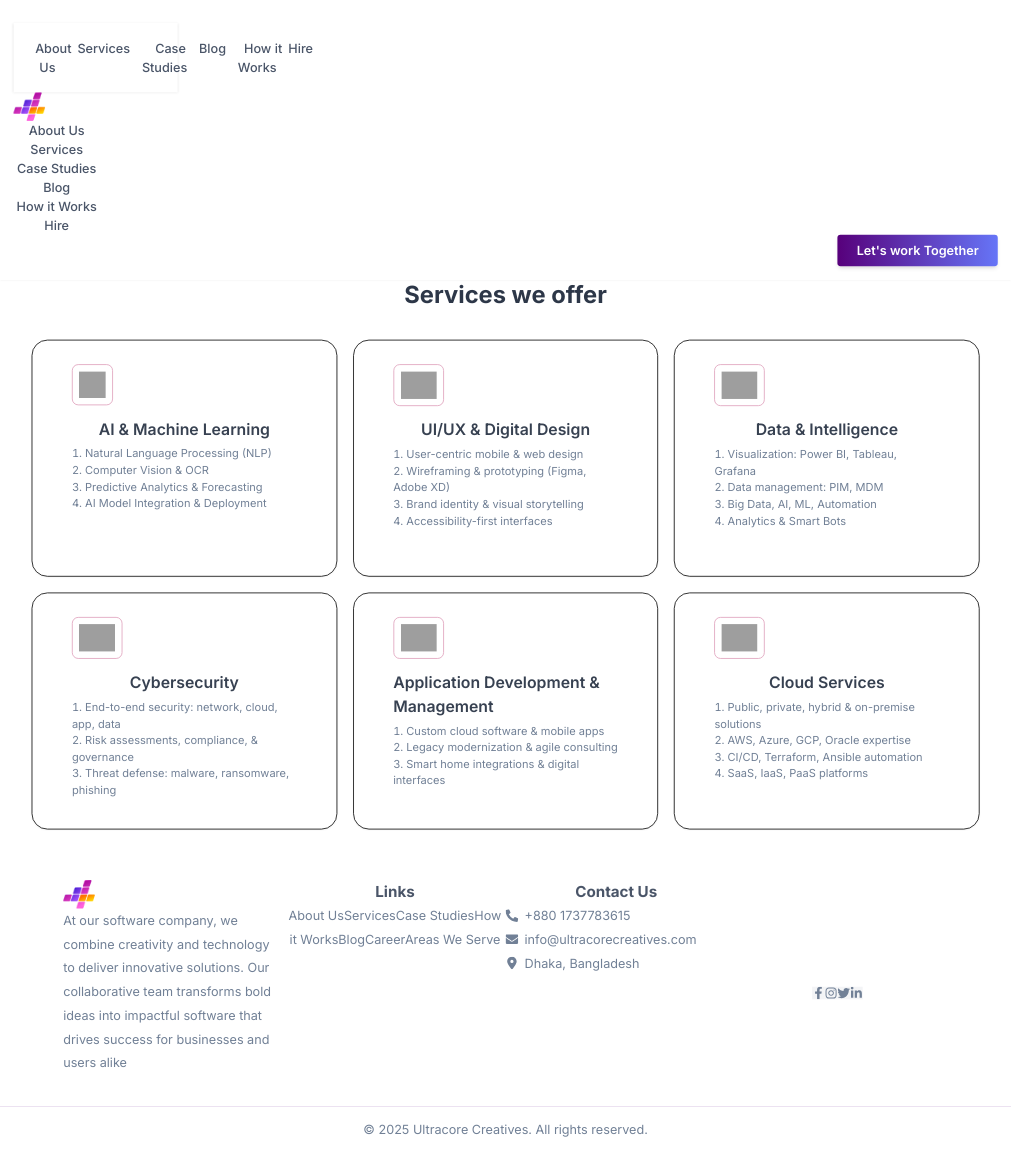
Repository: nazifat/ultra-core
Page: /services
An editor plug-in stored every save of this project. The page is shown before and after the next save, followed by the edit.
The browser window is 1280 px wide. The pictures show the whole page, at 79% of full size.
Pictures or frames that could not be fetched are drawn as grey boxes. The project was rebuilt for these pictures with package versions that can differ from the ones it lists, and the page was loaded fresh each time. Also part of the build but not shown: vite.config.js, src/App.jsx, src/Pages/ErrorPage/ErrorPage.jsx, src/Components/Divider/Divider.jsx, src/Components/CustomHeader/CustomHeader.jsx, src/Pages/Home/Approach/Approach.jsx, src/Pages/Home/Banner/Banner.jsx, src/Pages/Home/BoldIdeas/BoldIdeas.jsx and 23 more.

Above is the page before, as saved 2025-07-10 14:11:42.

### index.html
<!doctype html>
<html lang="en">
  <head>
    <meta charset="UTF-8" />
    <link rel="icon" type="image/svg+xml" href="/vite.svg" />
    <meta name="viewport" content="width=device-width, initial-scale=1.0" />
    <title>Ultracore Creatives</title>
  </head>
  <body>
    <div id="root"></div>
    <script type="module" src="/src/main.jsx"></script>
  </body>
</html>

### src/main.jsx
import { StrictMode } from 'react'
import { createRoot } from 'react-dom/client'
import './index.css'
import App from './App.jsx'
import { router } from './Providers/RouterProvider/RouterProvider'

import {

  RouterProvider
} from "react-router-dom";

createRoot(document.getElementById('root')).render(
  <StrictMode>
    <RouterProvider router={router} />

  </StrictMode>,
)

### src/index.css

@import "@fontsource/inter"; /* Defaults to 400 weight */
@import "@fontsource/inter/500.css";
@import "@fontsource/inter/600.css";
@import "@fontsource/inter/700.css";

@tailwind base;
@tailwind components;
@tailwind utilities;


body{
    background-color: white;
}


.custom-navbar{
    font-family: 'Inter', sans-serif;
    font-weight: 500;
    color: #4A5568;
    font-size: 16px;
}

.custom-navbar a{
  margin-right: 15px;
}



.custom-footer{


font-family: 'Inter', sans-serif;
font-weight: 400;
color: #718096;
line-height:  30px;
letter-spacing: 0%;
font-size: 16px;

}

.custom-footer h6{

  color: #4A5568 !important;
  font-weight:700;
  text-transform: capitalize;
  font-size: larger;

}

.card{
    width: fit-content;
    width: 95%;
    margin: auto;
    height: 400px;
}

@media (max-width: 480px) {
    .card {
      height: 300px; /* or any smaller value */
      width: 80%;
    }
  }


  .tab:hover{
    background: linear-gradient(to right, #F76680, #57007B);
    -webkit-background-clip: text;
    -webkit-text-fill-color: transparent;

    /* Optional: for Firefox */
    background-clip: text;
    color: transparent;

  }
  .tab{
      color: gray;
      border-bottom: white 2px solid;



  }

  .tabs{

    align-items: center !important;
    justify-content: center !important;
    font-size: medium;

  }


  .tab:not(:checked, label:has(:checked), :hover, .tab-active, [aria-selected="false"]){
    color: gray;
    /* border-bottom: purple 2px; */

  }

  .tab:checked, label:has(:checked), .tab-active, [aria-selected="true"]{
    color: purple;
    /* border-bottom: purple 2px solid; */

  background: -webkit-linear-gradient(#F76680, #57007B);
  -webkit-background-clip: text;
  -webkit-text-fill-color: transparent;




  }

  .tab-content {
    margin-top: 50px;
    padding: 0 10px 0 10px;
    width: 70%;
    max-width: auto;
  }

  .tab-content img{
    height: 60px;
    width: fit-content;
  }


  @media (max-width: 480px){

    .tab-content img{
      /* height: auto; */
      width: fit-content;
    }

    .service-card{
      margin: 20px 0px;
    }

    .service-card h2{
      font-size: 16px !important;
      margin-bottom: 5px;
    }

    .circle-divider{
      display: none;
    }

    .how-it-works-divider{
      display:none;
    }


  }


  .approach p{
    font-weight: 400;
    font-size: 14px;
    color: #5d697e;
    font-family: 'Inter';
    line-height: 162%;
  }

  .navbar {
    padding: 17px;
  }


  /* swiper slider------------------ */

  .swiper-pagination-bullet-active{
    background: linear-gradient(45deg, #F76680, #57007B) !important;

  }

  .swiper-pagination-bullet{
    height: 15px !important;
    width: 15px !important;
    /* border: 5px solid black !important; */


  }

  .swiper-wrapper{
    margin-bottom: 5% !important;
  }

  /* .service area */


  .service-card{
    padding: 30px 50px;
    border: 1px solid;
    border-radius: 20px;
    min-height: 300px;

  }

  .service-card img{
    margin-bottom: 15px;

  }

  .service-card li{
    font-size: 14px;
    color: #718096;
    font-weight: 300;
  }

  .service-card h2{
    font-size: 20px;
    margin-bottom: 5px;


  }




/* expert team card hover */

.card-hover {
  transition: transform 0.3s ease-in-out, box-shadow 0.3s ease-in-out;
}

.card-hover:hover {
  transform: scale(1.05) translateY(-8px);
  box-shadow: 0 10px 20px rgba(0, 0, 0, 0.3);
}

### src/Providers/RouterProvider/RouterProvider.jsx
import {
  createBrowserRouter,
  RouterProvider,
} from "react-router-dom";
import ErrorPage from "../../Pages/ErrorPage/ErrorPage";
import Home from "../../Pages/Home/Home";
import Root from '../../Pages/Root/Root';
import About from "../../Pages/About/About";
import Services from '../../Pages/Services/Services';
import CaseStudies from '../../Pages/CaseStudies/CaseStudies'
import Blog from '../../Pages/Blog/Blog'
import Hire from '../../Pages/Hire/Hire'
import HowItWorks from '../../Pages/HowItWorks/HowItWorks'


export const router = createBrowserRouter([
  {
    path: "/",
    element: <Root></Root>,
    errorElement: <ErrorPage></ErrorPage>,
    children: [
      {
        path: "/",
        element: <Home></Home>,
      },
      {
        path: "/about",
        element: <About></About>
      },
      {
        path:"/services",
        element: <Services></Services>

      },
      {
        path: "/caseStudies",
        element: <CaseStudies></CaseStudies>
      },
      {
        path: "/blog",
        element: <Blog></Blog>
      },
      {
        path: "/howItWorks",
        element: <HowItWorks></HowItWorks>
      },
      {
        path: "/hire",
        element:<Hire></Hire>
      }
    ]
  },
]);

### src/App.css
#root {
  max-width: 1920px;
  margin: 0 auto;
  text-align: center;
  padding: 0;
}


.logo {
  height: 6em;
  padding: 1.5em;
  will-change: filter;
  transition: filter 300ms;
}
.logo:hover {
  filter: drop-shadow(0 0 2em #646cffaa);
}
.logo.react:hover {
  filter: drop-shadow(0 0 2em #61dafbaa);
}

@keyframes logo-spin {
  from {
    transform: rotate(0deg);
  }
  to {
    transform: rotate(360deg);
  }
}

@media (prefers-reduced-motion: no-preference) {
  a:nth-of-type(2) .logo {
    animation: logo-spin infinite 20s linear;
  }
}

.card {
  padding: 2em;
}

.read-the-docs {
  color: #888;
}

### src/Pages/Root/Root.jsx
import React from 'react';
import { Outlet } from 'react-router-dom';
import NavBar from '../../Components/Shared/NavBar'
import Footer from '../../Components/Shared/Footer'

const Root = () => {
    return (
        <div>
            <NavBar></NavBar>
            <Outlet></Outlet>
            <Footer></Footer>

        </div>
    );
};

export default Root;

### src/Pages/Services/Services.jsx

import HeaderBanner from '../../Components/HeaderBanner/HeaderBanner'
const Services = () => {
    return (
        <div className=''>

            {/* <HeaderBanner img="" title="Services"></HeaderBanner> */}
            <h2 className='lg:text-3xl text-xl text-[#2D3748] lg:mb-10 text-center font-bold'>Services we offer</h2>

            <div className='service-area grid md:grid-cols-3 grid-cols-1 px-10 my-10 gap-5'>
                {/* service--1 */}
                <div className=" service-card bg-[#fff] shadow-sm  rounded-lg">
                    <div className=''>
                        <img
                            className='h-[52px] w-[52px] border border-[#DE9EBA] rounded-lg p-2'
                            src="https://i.ibb.co.com/Z6r8QtGn/aiml.png"
                            alt="AI"
                        />
                    </div>

                    <div className="">
                        <h2 className="card-title font-semibold text-gray-700">
                            AI & Machine Learning
                        </h2>
                        <ol className='text-left text-[#718096] list-decimal list-inside  '>
                            <li>Natural Language Processing (NLP)</li>
                            <li>Computer Vision & OCR</li>
                            <li>Predictive Analytics & Forecasting</li>
                            <li>AI Model Integration & Deployment</li>
                        </ol>

                    </div>
                </div>


                {/* service--2 */}
                <div className="service-card bg-[#fff]  shadow-sm">
                    <div className=''>
                        <img
                            className='max-h-16 max-w-16 border border-[#DE9EBA] rounded-lg p-2 object-contain'
                            src="https://i.ibb.co.com/BK6pc359/uiux.png"
                            alt="AI"
                        />
                    </div>

                    <div className="">
                        <h2 className="card-title font-semibold text-gray-700">
                            UI/UX & Digital Design
                        </h2>
                        <ol className='text-left text-[#718096] list-decimal list-inside  '>
                            <li>User-centric mobile & web design</li>
                            <li>Wireframing & prototyping (Figma, Adobe XD)</li>
                            <li>Brand identity & visual storytelling</li>
                            <li>Accessibility-first interfaces</li>
                        </ol>

                    </div>
                </div>


                {/* service--3 */}
                <div className="service-card bg-[#fff] shadow-sm">
                    <div className=''>
                        <img
                            className='max-h-16 max-w-16 border border-[#DE9EBA] rounded-lg p-2 object-contain'
                            src="https://i.ibb.co.com/8Lm3b3QH/data.png"
                            alt="AI"
                        />
                    </div>

                    <div className="">
                        <h2 className="card-title font-semibold text-gray-700">
                            Data & Intelligence
                        </h2>
                        <ol className='text-left text-[#718096] list-decimal list-inside  '>
                            <li>Visualization: Power BI, Tableau, Grafana</li>
                            <li>Data management: PIM, MDM</li>
                            <li>Big Data, AI, ML, Automation</li>
                            <li>Analytics & Smart Bots</li>
                        </ol>

                    </div>
                </div>

                {/* service--4 */}
                <div className="service-card bg-[#fff]  shadow-sm">
                    <div className=''>
                        <img
                            className='max-h-16 max-w-16 border border-[#DE9EBA] rounded-lg p-2 object-contain'
                            src="https://i.ibb.co.com/cKqS9P1P/cyber.png"
                            alt="Cybersecurity"
                        />
                    </div>

                    <div className="">
                        <h2 className="card-title font-semibold text-gray-700">
                            Cybersecurity
                        </h2>
                        <ol className='text-left text-[#718096] list-decimal list-inside  '>
                            <li>End-to-end security: network, cloud, app, data</li>
                            <li>Risk assessments, compliance, & governance</li>
                            <li>Threat defense: malware, ransomware, phishing</li>
                        </ol>

                    </div>
                </div>
                {/* service--5 */}
                <div className="service-card bg-[#fff] shadow-sm">
                    <div className=''>
                        <img
                            className='max-h-16 max-w-16 border border-[#DE9EBA] rounded-lg p-2 object-contain'
                            src="https://i.ibb.co.com/zHbNkDRR/ADM.png"
                            alt="AI"
                        />
                    </div>

                    <div className="">
                        <h2 className="card-title font-semibold text-gray-700 text-left">
                            Application Development & Management
                        </h2>
                        <ol className='text-left text-[#718096] list-decimal list-inside  '>
                            <li>Custom cloud software & mobile apps</li>
                            <li>Legacy modernization &amp; agile consulting</li>
                            <li>Smart home integrations & digital interfaces</li>

                        </ol>

                    </div>
                </div>
                {/* service--6 */}
                <div className="service-card bg-[#fff] shadow-sm">
                    <div className=''>
                        <img
                            className='max-h-16 max-w-16 border border-[#DE9EBA] rounded-lg p-2 object-contain'
                            src="https://i.ibb.co.com/4ZFPnfhK/cloud.png"
                            alt="AI"
                        />
                    </div>

                    <div className="">
                        <h2 className="card-title font-semibold text-gray-700">
                            Cloud Services
                        </h2>
                        <ol className='text-left text-[#718096] list-decimal list-inside  '>
                            <li>Public, private, hybrid & on-premise solutions</li>
                            <li>AWS, Azure, GCP, Oracle expertise</li>
                            <li>CI/CD, Terraform, Ansible automation</li>
                            <li>SaaS, IaaS, PaaS platforms</li>

                        </ol>

                    </div>
                </div>




            </div>



        </div>
    );
};

export default Services;

### src/Components/Divider/LineDivider.jsx
import React from 'react';

const LineDivider = () => {
    return (
        <div>
            <div className="h-[1px] w-full bg-[#E7DAED] my-4"></div>

        </div>
    );
};

export default LineDivider;

### src/Components/Shared/NavBar.jsx
import React from 'react';
import { NavLink } from 'react-router-dom';
import logo from '../../assets/images/logo.png'
import CustomButton from '../CustomButton/CustomButton';
import { MdOutlineMenu } from "react-icons/md";


const NavBar = () => {

    const links = <>
        <li className='custom-navbar'><NavLink to="/about">About Us</NavLink></li>
        <li className='custom-navbar'><NavLink to="/Services">Services</NavLink></li>
        <li className='custom-navbar'><NavLink to="/caseStudies">Case Studies</NavLink></li>
        <li className='custom-navbar'><NavLink to="/blog">Blog</NavLink></li>
        <li className='custom-navbar'><NavLink to="/howItWorks">How it Works</NavLink></li>
        <li className='custom-navbar'> <NavLink to="/hire">Hire</NavLink></li>
    </>
    return (
        <div className="navbar w-full shadow">
            <div className="navbar-start">
                <div className="dropdown ">
                    <div tabIndex={0} role="button" className="btn btn-lg bg-gray-100 border-0 mx-2  lg:hidden  ">
                    <MdOutlineMenu  className='text-gray-600'/>
                    </div>
                    <ul
                        // tabIndex={0}
                        className="menu menu-md dropdown-content bg-white z-1 mt-3 w-52 p-5 shadow flex ">
                        {links}
                    </ul>
                </div>
                <NavLink className=" text-xl" to='/'><img src={logo} alt="" /></NavLink>
            </div>
            <div className="navbar-center hidden lg:flex">
                <ul className="menu menu-horizontal px-1">
                    {links}

                </ul>
            </div>
            <div className="navbar-end">
            <CustomButton
                            className="justify-end"
                            btnText="Let's work Together"
                        />
                {/* <CustomButton justifyPosition="end" btnText="Let's work Together"></CustomButton> */}

            </div>
        </div>
    );
};

export default NavBar;

### src/Components/Shared/Footer.jsx
import { NavLink } from 'react-router-dom';
import logo from '../../assets/images/logo.png'
import { FaEnvelope, FaFacebook, FaFacebookF, FaFacebookSquare, FaInstagram, FaLinkedin, FaLinkedinIn, FaLocationArrow, FaPhoneAlt, FaTwitter } from "react-icons/fa";

import { FaLocationDot } from "react-icons/fa6";
import LineDivider from '../Divider/LineDivider';
const Footer = () => {
    return (
        <div>
            <footer className="lg:px-20 custom-footer footer  sm:footer-horizontal text-gray-600 text-neutral-content p-10  flex md:flex-row flex-col md:justify-evenly md:p-6 " >
                <nav className='flex-[1] min-w-[200px]' >
                    <NavLink to="/"> <img src={logo} alt="" /></NavLink>

                    <p className='text-left'>At our software company, we combine creativity and technology to deliver innovative solutions. Our collaborative team transforms bold ideas into impactful software that drives success for businesses and users alike
                    </p>
                </nav>
                <nav className='flex-1 justify-center'>
                    <h6 className="">Links</h6>
                    <NavLink to="/about">About Us</NavLink>
                    <NavLink to="/services">Services</NavLink>
                    <NavLink to="/caseStudies">Case Studies</NavLink>
                    <NavLink to="/howItWorks">How it Works</NavLink>
                    <NavLink to="/blog">Blog</NavLink>
                    <NavLink to="/career">Career</NavLink>
                    <NavLink to="/areasWeServer">Areas We Serve</NavLink>
                </nav>
                <nav className='flex-1 justify-center'>
                    <h6 className="">Contact Us</h6>
                    <p className="flex items-center gap-2"><FaPhoneAlt />+880 1737783615</p>
                    <p className="flex items-center gap-2"><FaEnvelope /> info@ultracorecreatives.com</p>
                    <p className="flex items-center gap-2"><FaLocationDot /> Dhaka, Bangladesh</p>
                </nav>
                <nav className='flex-1 justify-center flex items-center justify-center mt-10'>

                    <button className="btn btn-circle bg-gray-100 text-base-100 border-gray-100">
                        <FaFacebookF></FaFacebookF>
                    </button>
                    <button className="btn btn-circle bg-gray-100 text-base-100 border-gray-100">
                        <FaInstagram></FaInstagram>
                    </button>
                    <button className="btn btn-circle bg-gray-100 text-base-100 border-gray-100">
                        <FaTwitter></FaTwitter>
                    </button>
                    <button className="btn btn-circle bg-gray-100 text-base-100 border-gray-100">
                        <FaLinkedinIn />
                    </button>

                </nav>





            </footer>

                <LineDivider></LineDivider>
            <aside className='lg:px-20'>
                <p className='text-center text-[#718096] pb-5'> © {new Date().getFullYear()}  Ultracore Creatives. All rights reserved.</p>
            </aside>

        </div>


    );
};

export default Footer;

### src/Components/CustomButton/CustomButton.jsx
// import React from 'react';
// import { NavLink } from 'react-router-dom';

import { NavLink } from "react-router-dom";

// const CustomButton = (props) => {
//     return (
//         <div className={`w-full flex  justify-${props.justifyPosition}`}>
//             <NavLink className="btn lg:btn-lg btn-sm bg-gradient-to-r from-[#57007B] to-[#6675F7] text-white font-semibold py-2 px-6 rounded shadow-md hover:opacity-90 transition duration-300">
//                 {props.btnText}
//             </NavLink>
//         </div>
//     );
// };

// export default CustomButton;


export default function CustomButton({ btnText, className = '' }) {
    return (
      <div className={`flex ${className}`}>
        <NavLink className="btn lg:btn-lg btn-sm bg-gradient-to-r from-[#57007B] to-[#6675F7] text-white font-semibold py-2 px-6 rounded shadow-md hover:opacity-90 transition duration-300">
          {btnText}
        </NavLink>
      </div>
    );
  }

### tailwind.config.js
/** @type {import('tailwindcss').Config} */
export default {
  content: ["./src/**/*.{html,js,jsx,ts,tsx}"],

  theme: {
    extend: {

      fontFamily: {
        sans: ['Inter', 'sans-serif'], // replaces default sans
      },
      screens: {
        sm: '640px',
        // other breakpoints...
      },

    },


  },
  plugins: [
    require('daisyui'),
  ],

}

After the next save:
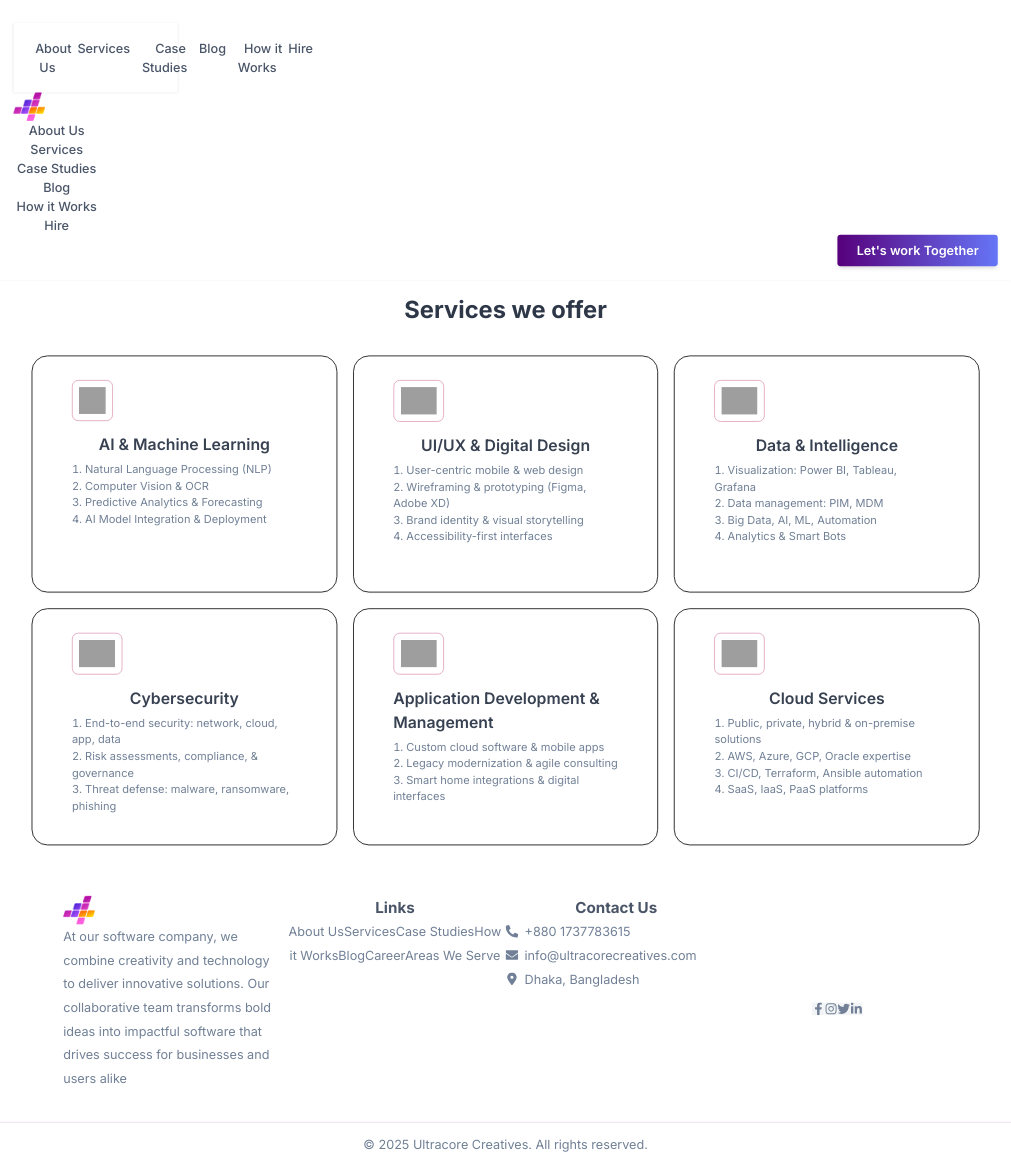
Saved 20 s later.
--- a/src/Pages/Services/Services.jsx
+++ b/src/Pages/Services/Services.jsx
@@ -5,7 +5,7 @@ const Services = () => {
         <div className=''>
 
             {/* <HeaderBanner img="" title="Services"></HeaderBanner> */}
-            <h2 className='lg:text-3xl text-xl text-[#2D3748] lg:mb-10 text-center font-bold'>Services we offer</h2>
+            <h2 className='lg:text-3xl text-xl mt-5 text-[#2D3748] lg:mb-10 text-center font-bold'>Services we offer</h2>
 
             <div className='service-area grid md:grid-cols-3 grid-cols-1 px-10 my-10 gap-5'>
                 {/* service--1 */}
